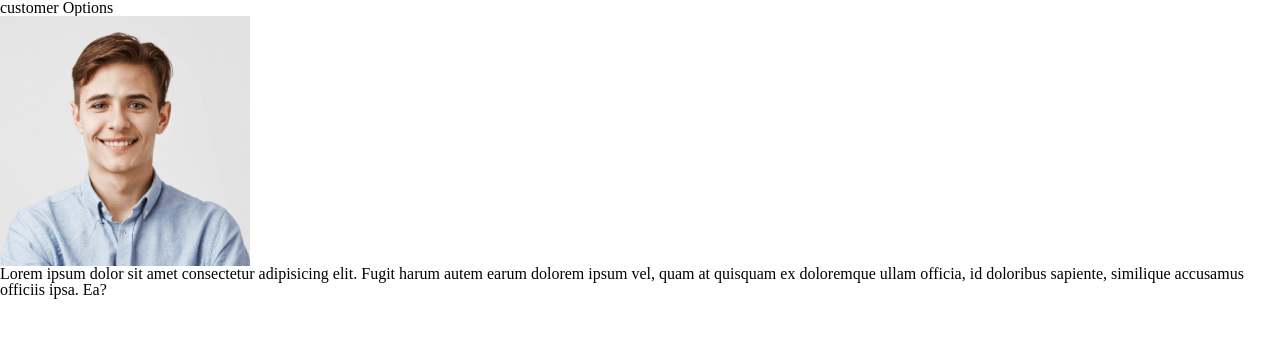
Repository: dinhhaidh/slider-3
Page: index.html
The author's editor kept a copy of each file at every save. The page is drawn from the files as they stood at one save, then again after the next save.
The browser window is 1280 px wide. The pictures show the whole page.

Above is the page before, as saved 2024-03-22 20:07:22.

After the next save:
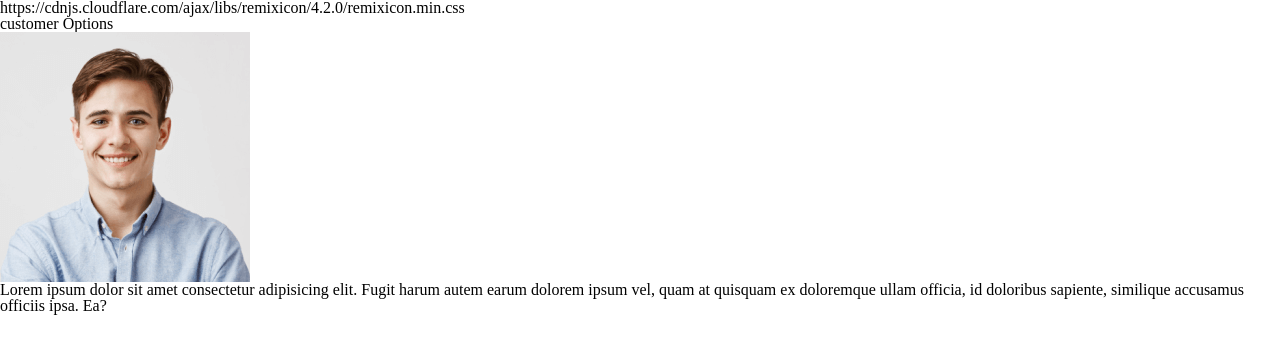
Saved 55 s later.
--- a/index.html
+++ b/index.html
@@ -4,6 +4,7 @@
     <meta charset="UTF-8">
     <meta name="viewport" content="width=device-width, initial-scale=1.0">
     <title>Document</title>
+    https://cdnjs.cloudflare.com/ajax/libs/remixicon/4.2.0/remixicon.min.css
 
     <link rel="stylesheet" href="style.css">
 

After the save that followed:
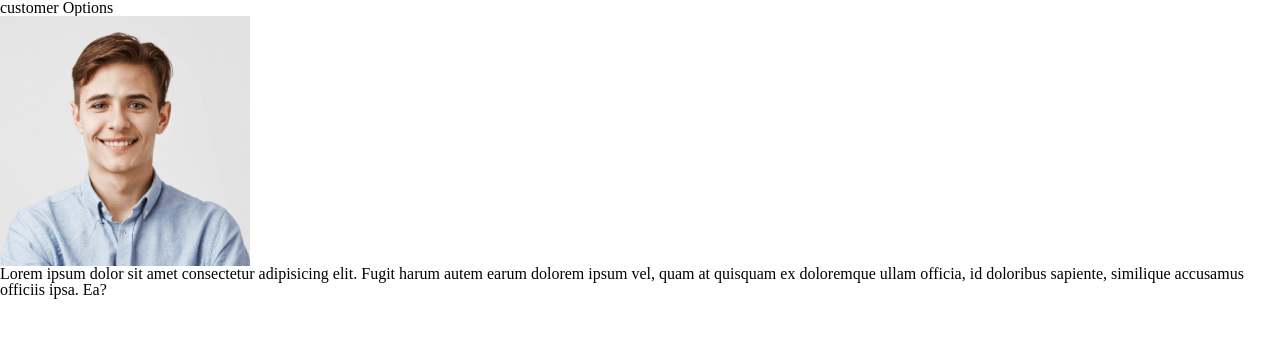
Saved 4 s later.
--- a/index.html
+++ b/index.html
@@ -4,7 +4,7 @@
     <meta charset="UTF-8">
     <meta name="viewport" content="width=device-width, initial-scale=1.0">
     <title>Document</title>
-    https://cdnjs.cloudflare.com/ajax/libs/remixicon/4.2.0/remixicon.min.css
+    <link rel="stylesheet" href="https://cdnjs.cloudflare.com/ajax/libs/remixicon/4.2.0/remixicon.min.css">
 
     <link rel="stylesheet" href="style.css">
 
